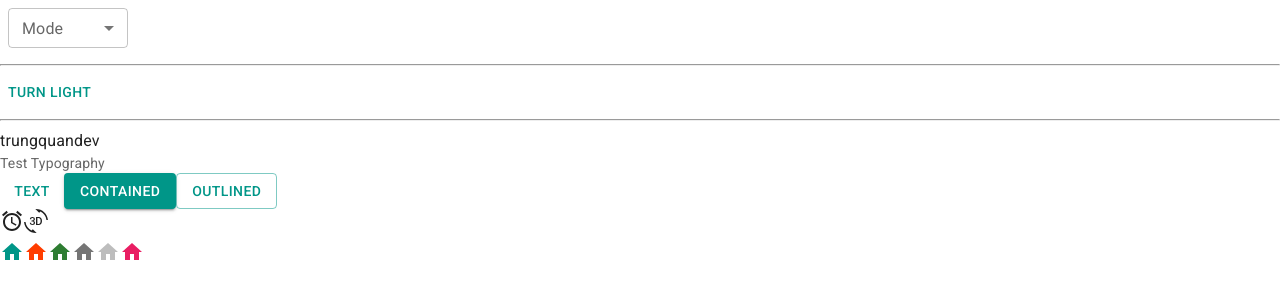
Repository: VoPhamKhanhTruong/trello-web
Page: /
An editor plug-in stored every save of this project. The page is shown before and after the next save, followed by the edit.
The browser window is 1280 px wide. The pictures show the whole page.
The project was rebuilt for these pictures with package versions that can differ from the ones it lists, and the page was loaded fresh each time. Also part of the build but not shown: vite.config.js.

Above is the page before, as saved 2024-08-07 16:58:53.

### src/main.jsx
import ReactDOM from 'react-dom/client'
import App from './App.jsx'
import CssBaseline from '@mui/material/CssBaseline'
import { Experimental_CssVarsProvider as CssVarsProvider } from '@mui/material/styles'
import theme from './theme'
import GlobalStyles from '@mui/material/GlobalStyles';
ReactDOM.createRoot(document.getElementById('root')).render(
  <>
    <CssVarsProvider theme={theme}>
      <CssBaseline />
      <GlobalStyles styles={{ h1: { color: 'red' } }} />
      <App />
    </CssVarsProvider>
  </>
)

### src/App.jsx
import Button from '@mui/material/Button'
import AccessAlarmIcon from '@mui/icons-material/AccessAlarm'
import ThreeDRotation from '@mui/icons-material/ThreeDRotation'
import HomeIcon from '@mui/icons-material/Home'
import { pink } from '@mui/material/colors'
import Typography from '@mui/material/Typography'
import {
  useColorScheme
} from '@mui/material/styles'
import useMediaQuery from '@mui/material/useMediaQuery'
import InputLabel from '@mui/material/InputLabel'
import MenuItem from '@mui/material/MenuItem'
import FormControl from '@mui/material/FormControl'
import Select from '@mui/material/Select'
import LightModeIcon from '@mui/icons-material/LightMode'
import DarkModeOutlinedIcon from '@mui/icons-material/DarkModeOutlined'
import SettingsBrightnessIcon from '@mui/icons-material/SettingsBrightness'
import Box from '@mui/material/Box'

function ModeSelect() {
  const { mode, setMode } = useColorScheme()
  const handleChange = (event) => {
    const selectedMode = event.target.value
    setMode(selectedMode)
    // setAge(event.target.value)
  }

  return (
    <FormControl sx={{ m: 1, minWidth: 120 }} size="small">
      <InputLabel id="label-select-dark-light-mode">Mode</InputLabel>
      <Select
        labelId="label-select-dark-light-mode"
        id="select-dark-light-mode"
        value={mode}
        label="Mode"
        onChange={handleChange}
      >
        <MenuItem value="light">
          <Box sx={{ display: 'flex', alignItems: 'center', gap: 1 }}>
            <LightModeIcon fontSize="small"/> Light
          </Box>
        </MenuItem>
        <MenuItem value="dark">
          <Box sx={{ display: 'flex', alignItems: 'center', gap: 1 }}>
            <DarkModeOutlinedIcon fontSize="small" /> Dark
          </Box>
        </MenuItem>
        <MenuItem value="system">
          <Box sx={{ display: 'flex', alignItems: 'center', gap: 1 }}>
            <SettingsBrightnessIcon fontSize="small" /> System
          </Box>
        </MenuItem>
      </Select>
    </FormControl>
  )
}

function ModeToggle() {
  const { mode, setMode } = useColorScheme()

  // const prefersDarkMode = useMediaQuery('(prefers-color-scheme: dark)')
  // const prefersLightMode = useMediaQuery('(prefers-color-scheme: light)')
  // console.log('prefersDarkMode', prefersDarkMode)
  // console.log('prefersLightMode', prefersLightMode)
  return (
    <Button
      onClick={() => {
        setMode(mode === 'light' ? 'dark' : 'light')
      }}
    >
      {mode === 'light' ? 'Turn dark' : 'Turn light'}
    </Button>
  )
}

function App() {
  return (
    <>
      <ModeSelect />
      <hr />

      <ModeToggle />
      <hr />
      <div>trungquandev</div>

      <Typography variant="body2" color="text.secondary">Test Typography</Typography>

      <Button variant="text">Text</Button>
      <Button variant="contained">Contained</Button>
      <Button variant="outlined">Outlined</Button>

      <br />

      <AccessAlarmIcon />
      <ThreeDRotation />

      <br />
      <HomeIcon color="primary" />
      <HomeIcon color="secondary" />
      <HomeIcon color="success" />
      <HomeIcon color="action" />
      <HomeIcon color="disabled" />
      <HomeIcon sx={{ color: pink[500] }} />
    </>
  )
}

export default App

### src/theme.js
import { cyan, deepOrange, orange, teal } from '@mui/material/colors'
import { experimental_extendTheme as extendTheme } from '@mui/material/styles'

// Create a theme instance.
const theme = extendTheme({
  colorSchemes: {
    light: {
      palette: {
        primary: teal,
        secondary: deepOrange
      }
    },
    dark: {
      palette: {
        primary: cyan,
        secondary: orange
      }
    }
  }
})

export default theme

Loaded but not shown: index.html (common file)

After the next save:
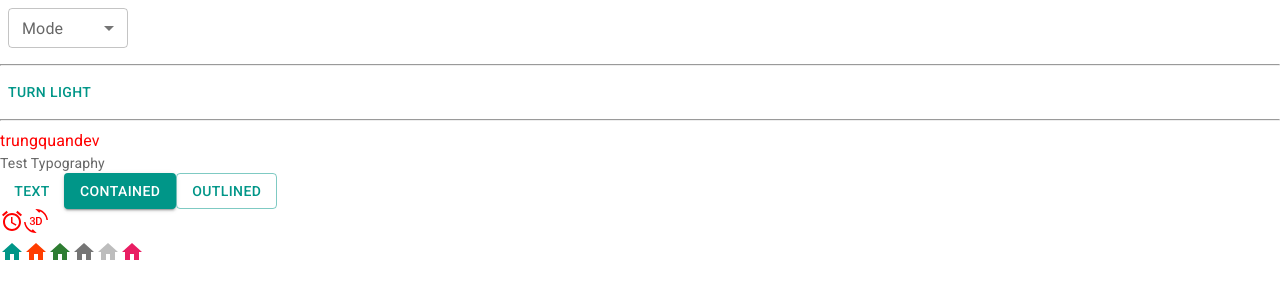
Saved 13 s later.
--- a/src/main.jsx
+++ b/src/main.jsx
@@ -8,7 +8,7 @@
   <>
     <CssVarsProvider theme={theme}>
       <CssBaseline />
-      <GlobalStyles styles={{ h1: { color: 'red' } }} />
+      <GlobalStyles styles={{ div: { color: 'red' } }} />
       <App />
     </CssVarsProvider>
   </>

After the 2 saves that followed:
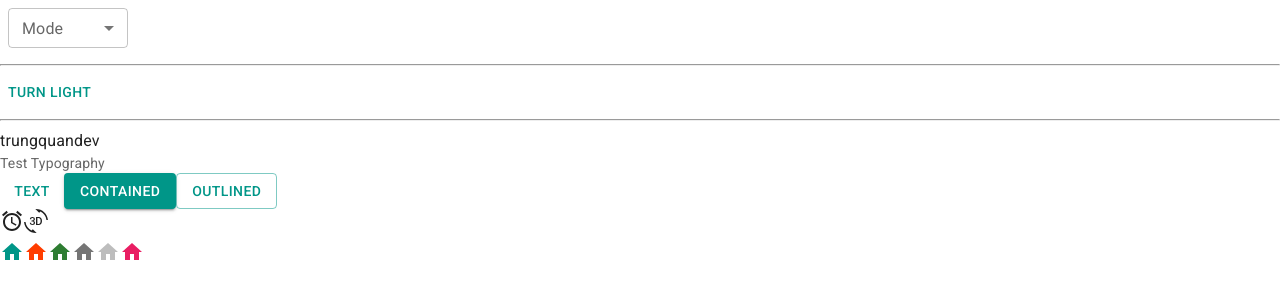
The 2 saves are shown as one change because they came seconds apart.
The last was saved 10 s later.
--- a/src/main.jsx
+++ b/src/main.jsx
@@ -3,12 +3,11 @@
 import CssBaseline from '@mui/material/CssBaseline'
 import { Experimental_CssVarsProvider as CssVarsProvider } from '@mui/material/styles'
 import theme from './theme'
-import GlobalStyles from '@mui/material/GlobalStyles';
+
 ReactDOM.createRoot(document.getElementById('root')).render(
   <>
     <CssVarsProvider theme={theme}>
       <CssBaseline />
-      <GlobalStyles styles={{ div: { color: 'red' } }} />
       <App />
     </CssVarsProvider>
   </>
